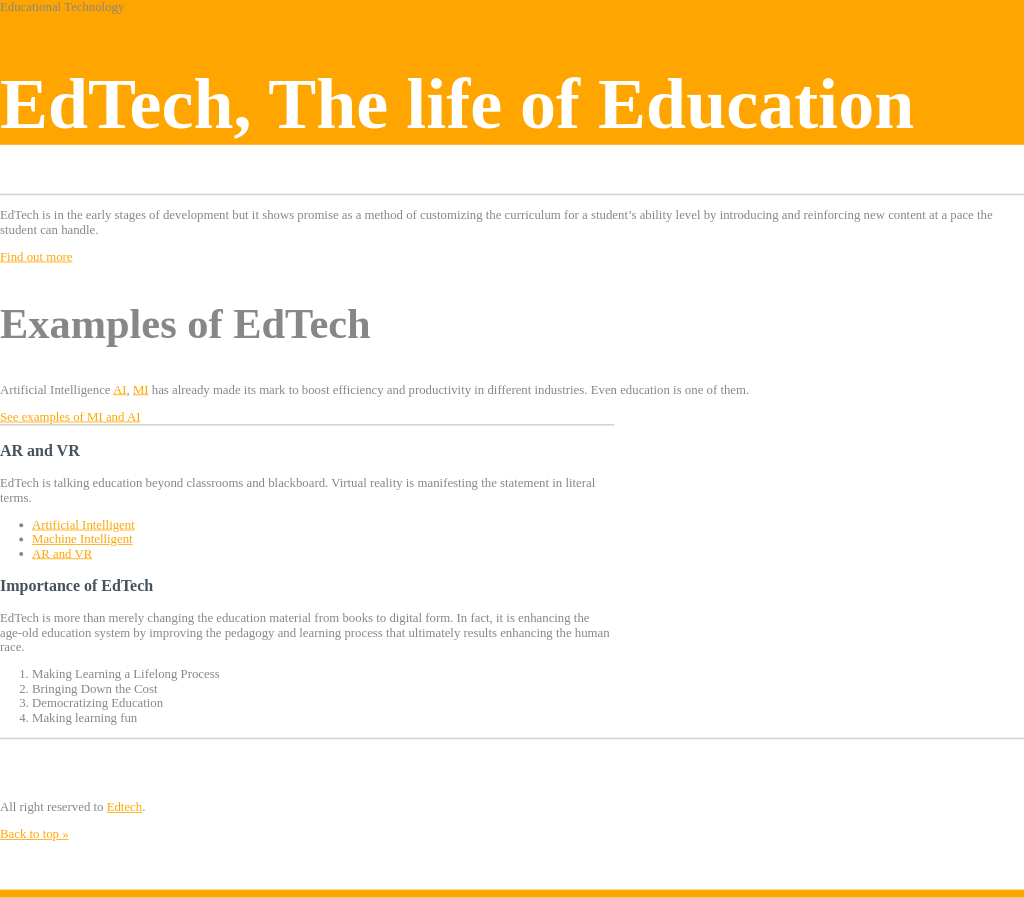
Repository: tunmishyi/edtech
Page: index.html
The author's editor kept a copy of each file at every save. The page is drawn from the files as they stood at one save, then again after the next save.
The browser window is 1280 px wide. The pictures show the whole page, at 80% of full size.

Above is the page before, as saved 2020-06-09 22:32:22.

After the next save:
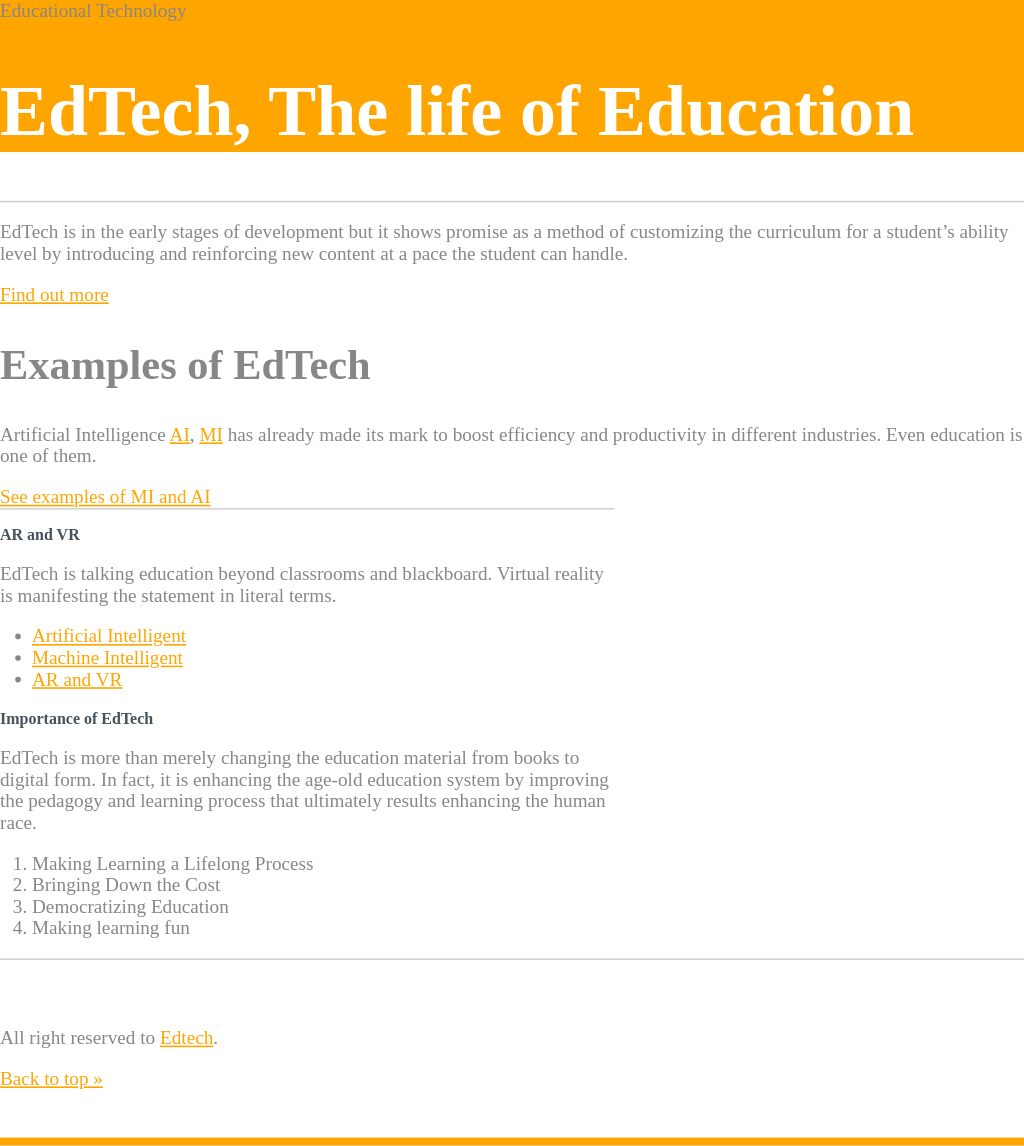
Saved 11 s later.
--- a/style.css
+++ b/style.css
@@ -3,6 +3,7 @@
 body {
    color: #878787;
    margin: 0;
+   font-size: 150%
 }
 
 h1 {

After the save that followed:
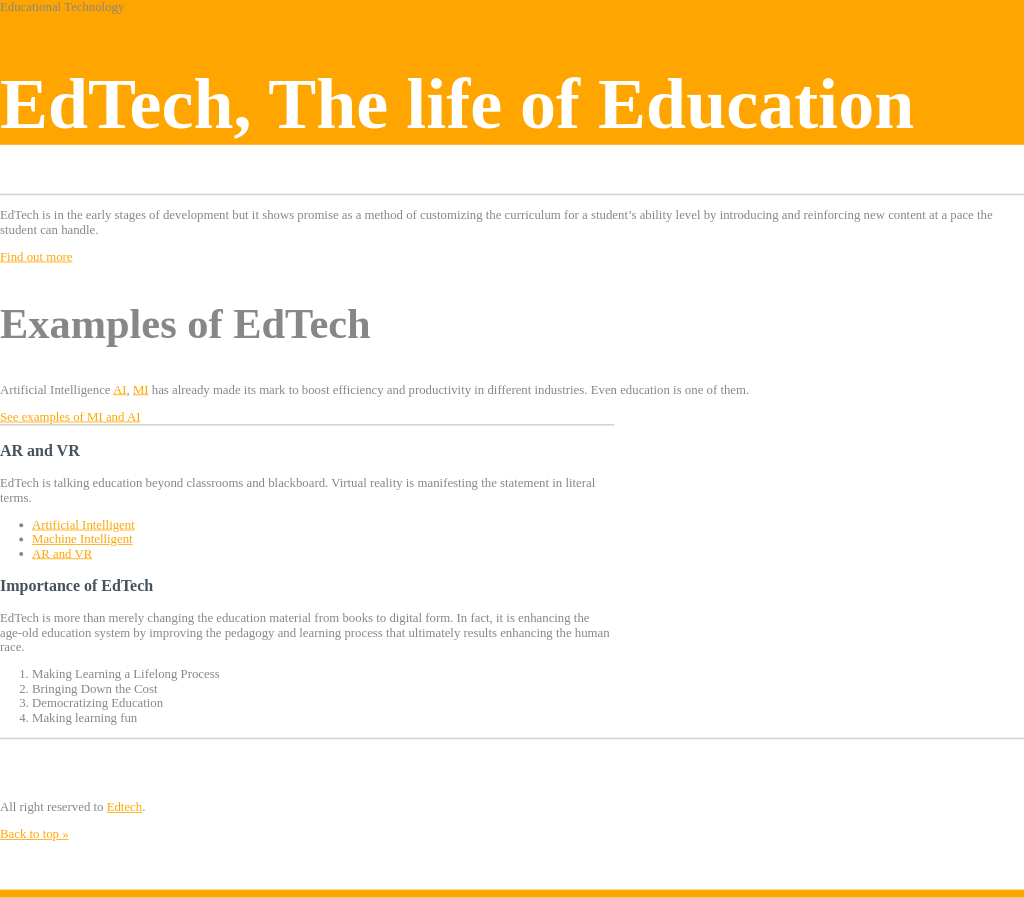
Saved 9 min 51 s later.
--- a/style.css
+++ b/style.css
@@ -3,7 +3,7 @@
 body {
    color: #878787;
    margin: 0;
-   font-size: 150%
+   font-size: 1em;
 }
 
 h1 {
